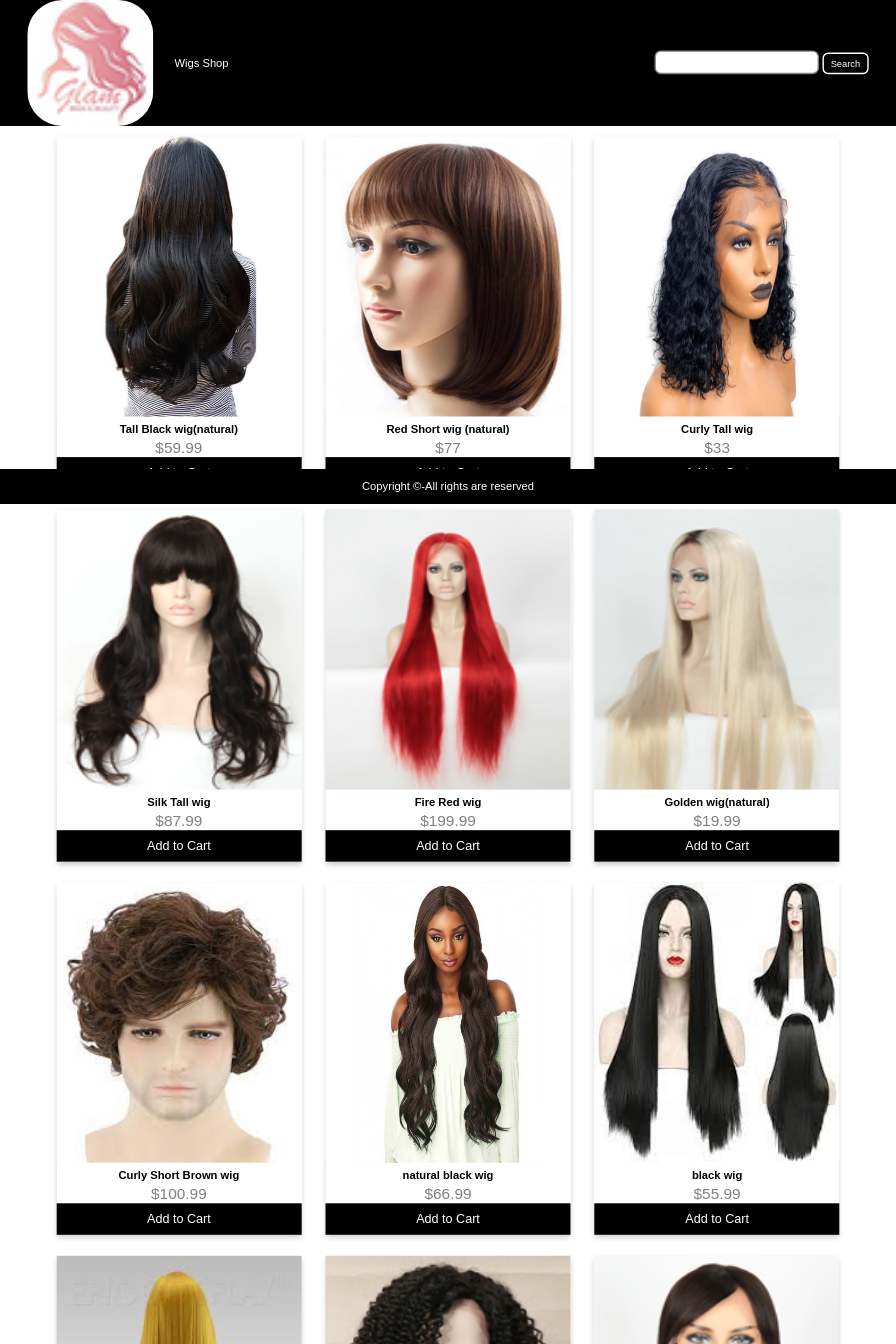
Repository: Zzero202/Zzero202
Page: index.html
These files come from the project's save history. The page is drawn as it stood at one moment and after the next save; the edit follows.
The browser window is 1280 px wide. The pictures show the part of the page from y = 0 to 1920 px (the page is 5070 px tall before and 4990 px after), at 70% of full size.

Above is the page before, as saved 2021-12-09 02:52:20.

After the next save:
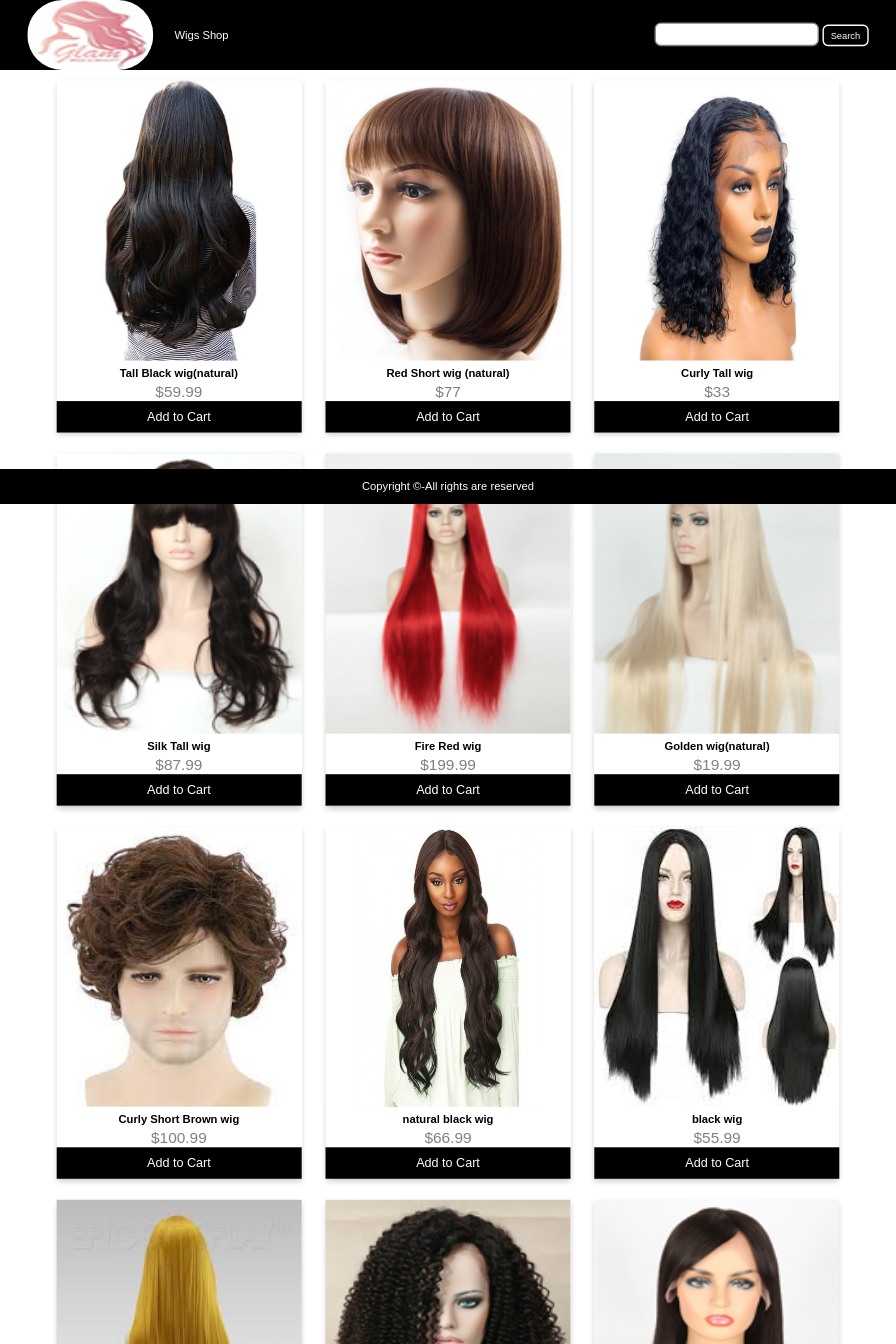
Saved 16 s later.
--- a/index.html
+++ b/index.html
@@ -448,7 +448,7 @@
 	<nav class="navbar background">
 		<ul class="nav-list">
 			<div class="logo">
-				<img src= "img/logo.jpeg" width="100px">
+				<img src= "img/logo.jpeg" height="100">
 			</div>
 			<li><a href="#shop">Wigs Shop</a></li>
 

After the 2 saves that followed:
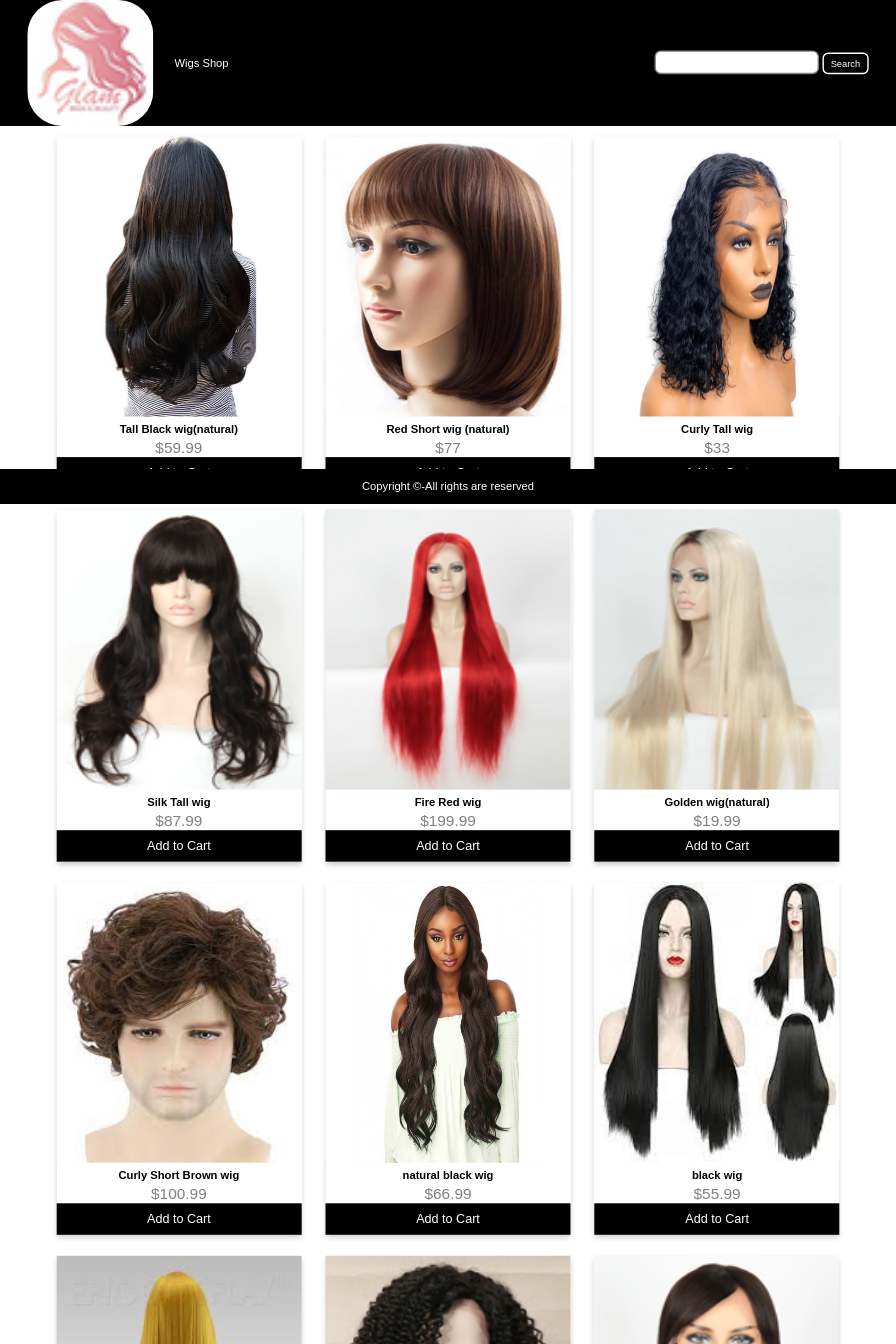
The 2 saves are shown as one change because they came seconds apart.
The last was saved 14 s later.
--- a/index.html
+++ b/index.html
@@ -448,7 +448,7 @@
 	<nav class="navbar background">
 		<ul class="nav-list">
 			<div class="logo">
-				<img src= "img/logo.jpeg" height="100">
+				<img src= "img/logo.jpeg" width="50">
 			</div>
 			<li><a href="#shop">Wigs Shop</a></li>
 
